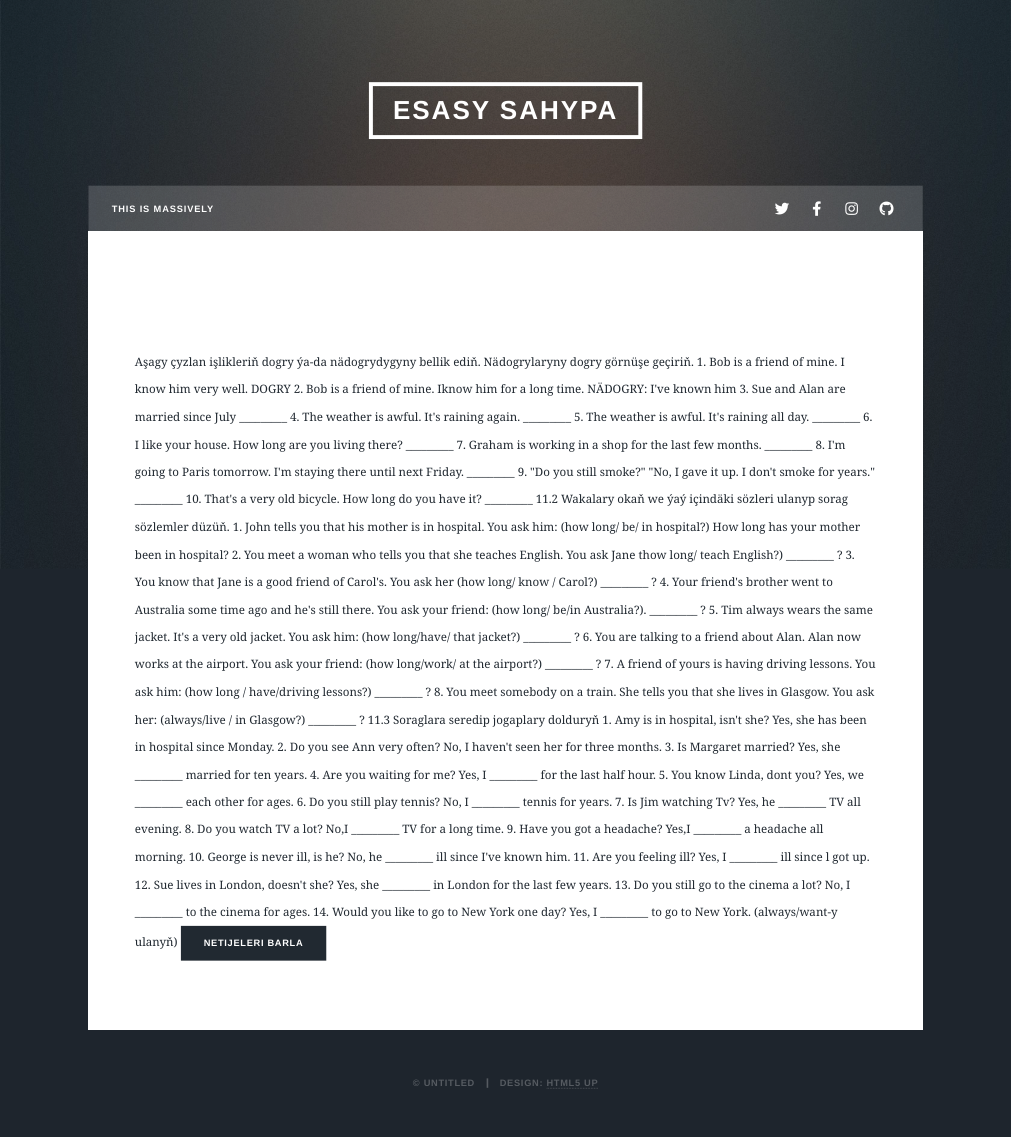
Repository: Sahet-dev/English-grammar-app
Page: test/test_unit _11.html
The author's editor kept a copy of each file at every save. The page is drawn from the files as they stood at one save, then again after the next save.
The browser window is 1280 px wide. The pictures show the whole page, at 79% of full size.
Some web fonts or font styles are not loaded; a fallback is used.

Above is the page before, as saved 2022-06-24 14:39:31.

After the next save:
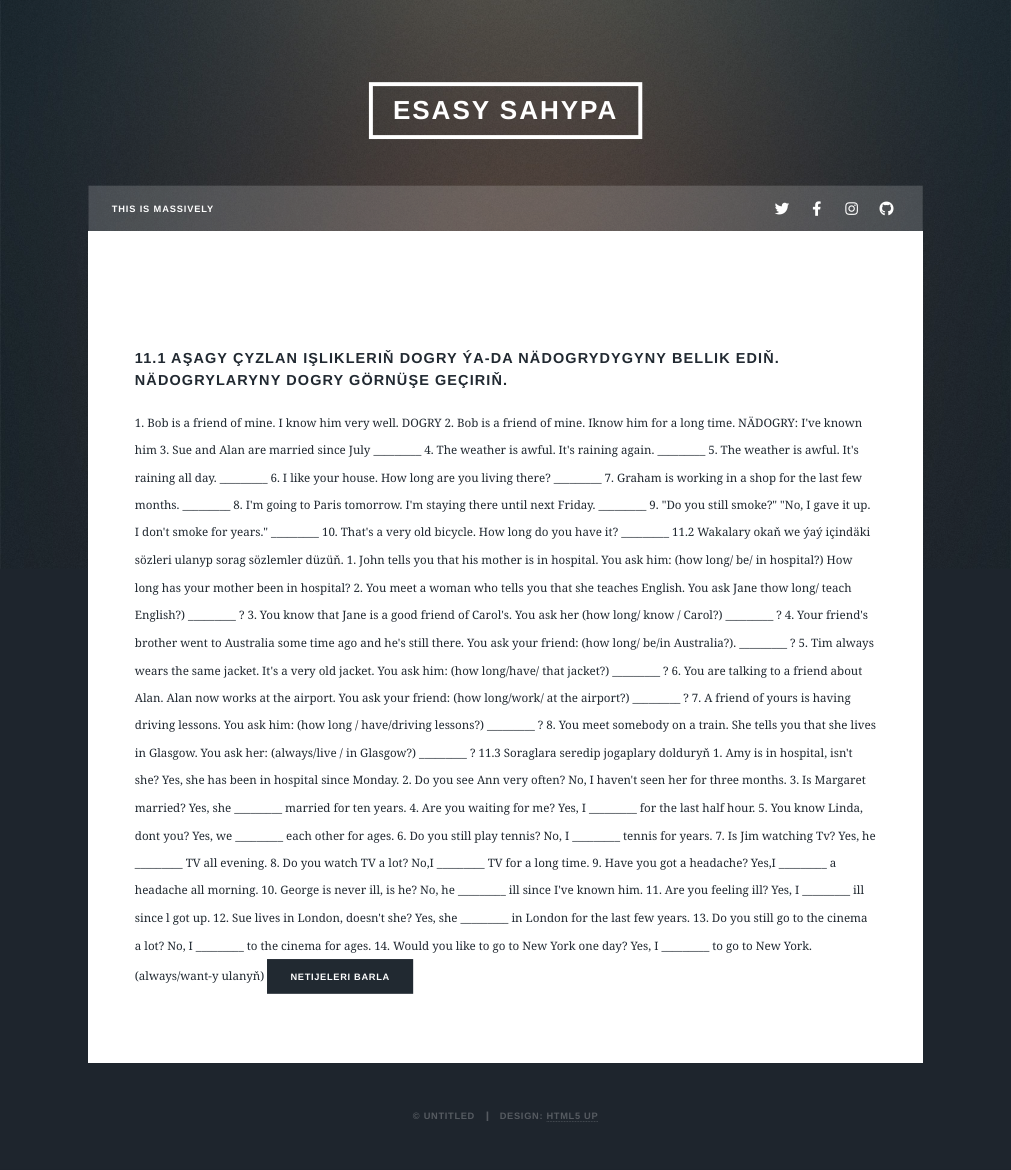
Saved 29 s later.
--- a/test/test_unit _11.html
+++ b/test/test_unit _11.html
@@ -54,8 +54,8 @@
 										<form action="results-unit-1.php" method="post">
 
 
-															Aşagy çyzlan işlikleriň dogry ýa-da nädogrydygyny bellik ediň. Nädogrylaryny dogry görnüşe geçiriň.
-
+										<h3>11.1 Aşagy çyzlan işlikleriň dogry ýa-da nädogrydygyny bellik ediň. Nädogrylaryny dogry görnüşe geçiriň.
+									</h3>
 															1. Bob is a friend of mine.  I know him very well.
 
 															DOGRY
